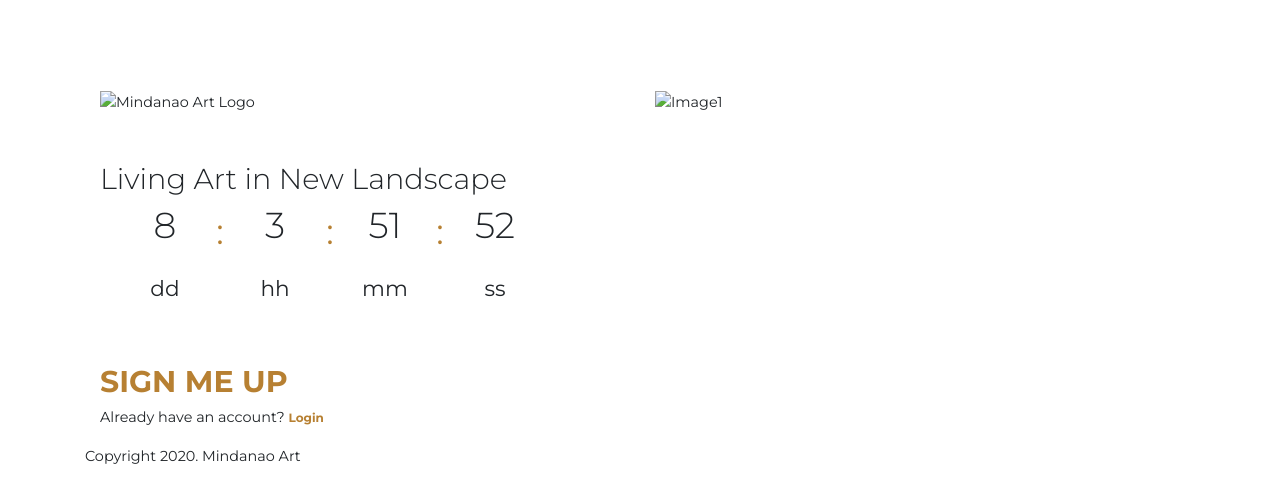
Repository: KleKlai/project-exodus
Page: http://localhost/
The author's editor kept a copy of each file at every save. The page is drawn from the files as they stood at one save, then again after the next save.
The browser window is 1280 px wide. The pictures show the whole page.
The page is served by the project's Laravel application, run on PHP 8.4 with Laravel 8. Other server files are loaded and not shown.

Above is the page before, as saved 2020-10-02 19:05:21.

### app/Model/Art.php
<?php

namespace App\Model;

use Spatie\Activitylog\Traits\LogsActivity;
use Illuminate\Database\Eloquent\SoftDeletes;
use Illuminate\Database\Eloquent\Model;
use Webpatser\Uuid\Uuid;
use Auth;


class Art extends Model
{
    use SoftDeletes, LogsActivity;

    protected $guarded = [
        'uuid', 'id', 'created_at', 'updated_at'
    ];

    /**
     * For Activity Log settings
     *
     */
    protected static $logName = 'Art';
    protected static $logUnguarded = true;
    protected static $submitEmptyLogs = false;
    protected static $recordEvents = ['created', 'updated', 'deleted'];

    public function getDescriptionForEvent(string $eventName): string
    {
        return Auth::user()->name . " {$eventName} art successfully";
    }


    public static function boot()
    {
        parent::boot();
        self::creating(function ($model) {
            $model->uuid = (string) Uuid::generate(4);
        });
    }

    /**
     * Get the route key for the model.
     *
     * @return string
     */
    public function getRouteKeyName()
    {
        return 'uuid';
    }

    protected $casts = [
        'tag' => 'array'
    ];

    public function user()
    {
        return $this->belongsTo('App\User');
    }

    public function watch()
    {
        return $this->hasMany('App\Model\Art\Watch');
    }
}

### app/Model/Art/Category.php
<?php

namespace App\Model\Art;

use Illuminate\Database\Eloquent\Model;
use Spatie\Activitylog\Traits\LogsActivity;

class Category extends Model
{
    use LogsActivity;

    protected $fillable = ['name', 'description'];

    /**
     * For Activity Log settings
     *
     */
    protected static $logName = 'System';
    protected static $logUnguarded = true;
    protected static $submitEmptyLogs = false;
    protected static $recordEvents = ['created', 'updated', 'deleted'];

    public function getDescriptionForEvent(string $eventName): string
    {
        return "Art category component {$eventName} successfully";
    }
}

### app/Model/Art/Material.php
<?php

namespace App\Model\Art;

use Illuminate\Database\Eloquent\Model;
use Spatie\Activitylog\Traits\LogsActivity;

class Material extends Model
{
    use LogsActivity;

    protected $fillable = ['name', 'description'];

    /**
     * For Activity Log settings
     *
     */
    protected static $logName = 'System';
    protected static $submitEmptyLogs = false;
    protected static $recordEvents = ['created', 'deleted'];

    public function getDescriptionForEvent(string $eventName): string
    {
        return "Art material component {$eventName} successfully";
    }
}

### app/Model/Art/Medium.php
<?php

namespace App\Model\Art;

use Illuminate\Database\Eloquent\Model;
use Spatie\Activitylog\Traits\LogsActivity;

class Medium extends Model
{
    use LogsActivity;

    protected $fillable = ['name', 'description'];

    /**
     * For Activity Log settings
     *
     */
    protected static $logName = 'System';
    protected static $submitEmptyLogs = false;
    protected static $recordEvents = ['created', 'deleted'];

    public function getDescriptionForEvent(string $eventName): string
    {
        return "Art medium component {$eventName} successfully";
    }
}

### app/Observers/Art/MediumObserver.php
<?php

namespace App\Observers\Art;

use App\Model\Art\Medium;
use Auth;

class MediumObserver
{
    /**
     * Handle the medium "created" event.
     *
     * @param  \App\Model\Art\Medium  $medium
     * @return void
     */
    public function created(Medium $medium)
    {
        activity('Art Component')
            ->causedBy(Auth::user()->id)
            ->withProperties(['name' => $medium->name])
            ->log('Art medium component created successfully.');
    }

    /**
     * Handle the medium "updated" event.
     *
     * @param  \App\Model\Art\Medium  $medium
     * @return void
     */
    public function updated(Medium $medium)
    {
        //
    }

    /**
     * Handle the medium "deleted" event.
     *
     * @param  \App\Model\Art\Medium  $medium
     * @return void
     */
    public function deleted(Medium $medium)
    {
        activity('Art Component')
            ->causedBy(Auth::user()->id)
            ->withProperties(['name' => $medium->name])
            ->log('Art medium component deleted successfully.');
    }

    /**
     * Handle the medium "restored" event.
     *
     * @param  \App\Model\Art\Medium  $medium
     * @return void
     */
    public function restored(Medium $medium)
    {
        //
    }

    /**
     * Handle the medium "force deleted" event.
     *
     * @param  \App\Model\Art\Medium  $medium
     * @return void
     */
    public function forceDeleted(Medium $medium)
    {
        //
    }
}

### app/Model/Art/Size.php
<?php

namespace App\Model\Art;

use Illuminate\Database\Eloquent\Model;
use Spatie\Activitylog\Traits\LogsActivity;

class Size extends Model
{
    use LogsActivity;

    protected $fillable = ['name', 'description'];

    /**
     * For Activity Log settings
     *
     */
    protected static $logName = 'System';
    protected static $submitEmptyLogs = false;
    protected static $recordEvents = ['created', 'deleted'];

    public function getDescriptionForEvent(string $eventName): string
    {
        return "Art size component {$eventName} successfully";
    }
}

### app/Observers/Art/SizeObserver.php
<?php

namespace App\Observers\Art;

use App\Model\Art\Size;
use Auth;

class SizeObserver
{
    /**
     * Handle the size "created" event.
     *
     * @param  \App\Model\Art\Size  $size
     * @return void
     */
    public function created(Size $size)
    {
        activity('Art Component')
            ->causedBy(Auth::user()->id)
            ->withProperties(['name' => $size->name])
            ->log('Art size component created successfully.');
    }

    /**
     * Handle the size "updated" event.
     *
     * @param  \App\Model\Art\Size  $size
     * @return void
     */
    public function updated(Size $size)
    {
        //
    }

    /**
     * Handle the size "deleted" event.
     *
     * @param  \App\Model\Art\Size  $size
     * @return void
     */
    public function deleted(Size $size)
    {
        activity('Art Component')
            ->causedBy(Auth::user()->id)
            ->withProperties(['name' => $size->name])
            ->log('Art size component deleted successfully.');
    }

    /**
     * Handle the size "restored" event.
     *
     * @param  \App\Model\Art\Size  $size
     * @return void
     */
    public function restored(Size $size)
    {
        //
    }

    /**
     * Handle the size "force deleted" event.
     *
     * @param  \App\Model\Art\Size  $size
     * @return void
     */
    public function forceDeleted(Size $size)
    {
        //
    }
}

### app/Model/Art/Style.php
<?php

namespace App\Model\Art;

use Illuminate\Database\Eloquent\Model;
use Spatie\Activitylog\Traits\LogsActivity;

class Style extends Model
{
    use LogsActivity;

    protected $fillable = ['name', 'description'];

    /**
     * For Activity Log settings
     *
     */
    protected static $logName = 'System';
    protected static $submitEmptyLogs = false;
    protected static $recordEvents = ['created', 'deleted'];

    public function getDescriptionForEvent(string $eventName): string
    {
        return "Art style component {$eventName} successfully";
    }
}

### app/Observers/Art/StyleObserver.php
<?php

namespace App\Observers\Art;

use App\Model\Art\Style;
use Auth;

class StyleObserver
{
    /**
     * Handle the style "created" event.
     *
     * @param  \App\Model\Art\Style  $style
     * @return void
     */
    public function created(Style $style)
    {
        activity('Art Component')
            ->causedBy(Auth::user()->id)
            ->withProperties(['name' => $style->name])
            ->log('Art style component created successfully.');
    }

    /**
     * Handle the style "updated" event.
     *
     * @param  \App\Model\Art\Style  $style
     * @return void
     */
    public function updated(Style $style)
    {
        //
    }

    /**
     * Handle the style "deleted" event.
     *
     * @param  \App\Model\Art\Style  $style
     * @return void
     */
    public function deleted(Style $style)
    {
        activity('Art Component')
            ->causedBy(Auth::user()->id)
            ->withProperties(['name' => $style->name])
            ->log('Art style component deleted successfully.');
    }

    /**
     * Handle the style "restored" event.
     *
     * @param  \App\Model\Art\Style  $style
     * @return void
     */
    public function restored(Style $style)
    {
        //
    }

    /**
     * Handle the style "force deleted" event.
     *
     * @param  \App\Model\Art\Style  $style
     * @return void
     */
    public function forceDeleted(Style $style)
    {
        //
    }
}

### app/Model/Art/Subject.php
<?php

namespace App\Model\Art;

use Illuminate\Database\Eloquent\Model;
use Spatie\Activitylog\Traits\LogsActivity;

class Subject extends Model
{
    use LogsActivity;

    protected $fillable = ['name', 'description'];

    /**
     * For Activity Log settings
     *
     */
    protected static $logName = 'System';
    protected static $submitEmptyLogs = false;
    protected static $recordEvents = ['created', 'deleted'];

    public function getDescriptionForEvent(string $eventName): string
    {
        return "Art subject component {$eventName} successfully";
    }
}

### app/Observers/Art/SubjectObserver.php
<?php

namespace App\Observers\Art;

use App\Model\Art\Subject;

use Auth;

class SubjectObserver
{
    /**
     * Handle the subject "created" event.
     *
     * @param  \App\Model\Art\Subject  $subject
     * @return void
     */
    public function created(Subject $subject)
    {
        activity('Art Component')
            ->causedBy(Auth::user()->id)
            ->withProperties(['name' => $subject->name])
            ->log('Art subject component created successfully.');
    }

    /**
     * Handle the subject "updated" event.
     *
     * @param  \App\Model\Art\Subject  $subject
     * @return void
     */
    public function updated(Subject $subject)
    {
        //
    }

    /**
     * Handle the subject "deleted" event.
     *
     * @param  \App\Model\Art\Subject  $subject
     * @return void
     */
    public function deleted(Subject $subject)
    {
        activity('Art Component')
            ->causedBy(Auth::user()->id)
            ->withProperties(['name' => $subject->name])
            ->log('Art subject component deleted successfully.');
    }

    /**
     * Handle the subject "restored" event.
     *
     * @param  \App\Model\Art\Subject  $subject
     * @return void
     */
    public function restored(Subject $subject)
    {
        //
    }

    /**
     * Handle the subject "force deleted" event.
     *
     * @param  \App\Model\Art\Subject  $subject
     * @return void
     */
    public function forceDeleted(Subject $subject)
    {
        //
    }
}

### app/Model/Support/Ticket.php
<?php

namespace App\Model\Support;

use Spatie\Activitylog\Traits\LogsActivity;
use Illuminate\Database\Eloquent\Model;
use Webpatser\Uuid\Uuid;
use Auth;

class Ticket extends Model
{
    use LogsActivity;

    protected $guarded = [
        'id', 'uuid', 'created_at', 'updated_at'
    ];

    /**
     * For Activity Log settings
     *
     */
    protected static $logName = 'Support Ticket';
    protected static $logUnguarded = true;
    protected static $submitEmptyLogs = false;
    protected static $recordEvents = ['created', 'updated', 'deleted'];

    public static function boot()
    {
        parent::boot();
        self::creating(function ($model) {
            $model->uuid = (string) Uuid::generate(4);
        });
    }

    /**
     * Get the route key for the model.
     *
     * @return string
     */
    public function getRouteKeyName()
    {
        return 'uuid';
    }

    public function user()
    {
        return $this->belongsTo('App\User');
    }
}

### resources/views/welcome.blade.php
<!DOCTYPE html>
<html lang="{{ str_replace('_', '-', app()->getLocale()) }}">
    <head>
        <meta charset="utf-8">
        <meta name="viewport" content="width=device-width, initial-scale=1">

        <!-- CSRF Token -->
        <meta name="csrf-token" content="{{ csrf_token() }}">

        <title>{{ config('app.name', 'Laravel') }}</title>

        <!-- App favicon -->
        <link rel="shortcut icon" href="{{ asset('/images/nav.ico') }}">

        <!-- Scripts -->
        <script src="{{ asset('js/app.js') }}" defer></script>

        <!-- Fonts -->
        <link rel="dns-prefetch" href="//fonts.gstatic.com">
        <link href="https://fonts.googleapis.com/css?family=Nunito" rel="stylesheet">
        <link href="https://fonts.googleapis.com/css?family=Montserrat:200,300,400,600,700,800,900&display=swap" rel="stylesheet">

        <!-- Styles -->
        <link href="{{ asset('css/app.css') }}" rel="stylesheet">

        <style>
            * {
                font-family: 'Montserrat';
            }

            body {
                background-color: white;
            }

            #pattern {
                margin-top: 17px;
                width: 100%;
                background: url('/images/spattern.png');
                background-repeat: repeat;
                background-size: 34px 27px;
            }

            .picture {
                width: 100%;
            }

            .small {
                margin-top: 50px;
                display: none;
            }

            .wide {
                margin-top: 50px;
            }

            .column{
                color: #b78032;
                font-size: 35px;
            }

            #root {
                display: grid;
                justify-items: center;
                grid-template-columns: 100px 10px 100px 10px 100px 10px 100px;
                grid-template-areas:
                    "day column1 hour column2 minute column3 second"
                    "dayl . hourl . minutel . secondl";
            }

            h1, h2 {
                font-weight: 300 !important;
            }

            .days { grid-area: day; font-size: 50px;}
            .hours { grid-area: hour; font-size: 50px;}
            .minutes { grid-area: minute; font-size: 50px;}
            .seconds { grid-area: second; font-size: 50px;}
            .dayl { grid-area: dayl;}
            .hourl { grid-area: hourl;}
            .minutel { grid-area: minutel;}
            .secondl { grid-area: secondl;}

            .link {
                font-size: 30px;
                text-decoration: none;
                color: #b78032;
                font-weight: bold;
            }

            .link:hover{
                text-decoration: none;
                color: #5e4119;
            }


            /* li {
                display: inline-block;
                font-size: 1.5em;
                list-style-type: none;
                padding: 1em;
                text-transform: uppercase;
            }

            li span {
                display: block;
                font-size: 2.5rem;
            } */

            .message {
                font-size: 4rem;
            }

            #content {
                display: none;
                padding: 1rem;
            }

            .emoji {
                padding: 0 .25rem;
            }

            @media all and (max-width: 768px) {
                h1 {
                    font-size: 1.5rem;
                }

                li {
                    font-size: 1.125rem;
                    padding: .75rem;
                }

                li span {
                    font-size: 3.375rem;
                }
            }

            @media (max-width: 992px) {
                #root {
                    display: grid;
                    justify-items: center;
                    grid-template-columns: 30px 10px 30px 10px 30px 10px 30px;
                    grid-template-areas:
                        "day column1 hour column2 minute column3 second"
                        "dayl . hourl . minutel . secondl";
                }

                .days { grid-area: day; font-size: 25px; margin: 0;}
                .hours { grid-area: hour; font-size: 25px; margin: 0;}
                .minutes { grid-area: minute; font-size: 25px; margin: 0;}
                .seconds { grid-area: second; font-size: 25px; margin: 0;}
                .dayl { grid-area: dayl; font-size: 10px; margin: 0;}
                .hourl { grid-area: hourl; font-size: 10px; margin: 0;}
                .minutel { grid-area: minutel; font-size: 10px; margin: 0;}
                .secondl { grid-area: secondl; font-size: 10px; margin: 0;}

                .column{
                    color: #b78032;
                    font-size: 15px;
                    margin: 0;
                }

                .link {
                    font-size: 20px;
                }

                .small {
                    margin-top: 50px;
                    display: block;
                }

                .wide {
                    margin-top: 50px;
                    display: none;
                }

                .footer {
                    margin-top: 50px;
                }
            }
        </style>
    </head>
    <body>
        <div>
            <div id="pattern">
                    <img src="/images/spattern.png" alt="">
            </div>

            <!-- big screen -->
            <div class="container wide">
                <div class="row">
                    <div class="col-md">
                        <div class="container">
                            <div class="row row-cols-1">
                                <div class="col">
                                    <img src="/images/logo.png" alt="Mindanao Art Logo">
                                </div>
                                <div class="col py-5">
                                    <h2>Living Art in New Landscape</h2>

                                    <div class="container">
                                        <div id="countdown">
                                            <div id="root">
                                                <h1 class="day" id="days"></h1> <p class="column">:</p>
                                                <h1 class="hour" id="hours"></h1> <p  class="column">:</p>
                                                <h1 class="minute" id="minutes"></h1> <p class="column">:</p>
                                                <h1 class="second" id="seconds"></h1>
                                                <h4 class="dayl">dd</h4>
                                                <h4 class="hourl">hh</h4>
                                                <h4 class="minutel">mm</h4>
                                                <h4 class="secondl">ss</h4>
                                            </div>
                                        </div>
                                        <div class="message">
                                            <div id="content">
                                            <span class="emoji">🥳</span>
                                            <span class="emoji">🎉</span>
                                            <span class="emoji">🎂</span>
                                            </div>
                                        </div>
                                    </div>
                                </div>
                                <div class="col">
                                    <a class="link" href="/register">
                                        SIGN ME UP
                                        <font-awesome-icon icon="angle-right" />
                                        <font-awesome-icon icon="angle-right" />
                                        <font-awesome-icon icon="angle-right" />
                                    </a>
                                    <p>Already have an account? <a class="link" style="font-size: 12px;" href="/login">Login</a></p>
                                    <!-- <p>To get up-to-date news</p> -->
                                </div>
                            </div>
                        </div>
                    </div>
                    <div class="col-md">
                        <img class="picture" src="/images/image1.png" alt="Image1">
                    </div>
                </div>
            </div>

            <!-- small screen -->
            <div class="container small">
                <div class="row">
                    <div class="col-3">
                        <div class="col">
                            <img src="/images/logo.png" alt="Mindanao Art Logo">
                        </div>
                    </div>
                    <div class="col">
                        <div class="container">
                            <div class="row row-cols-1">
                                <div class="col">
                                    <h2>Living Art in New Landscape</h2>

                                    <div class="container">
                                        <div id="countdown">
                                            <div id="root">
                                                <h1 class="day" id="days"></h1> <p class="column">:</p>
                                                <h1 class="hour" id="hours"></h1> <p  class="column">:</p>
                                                <h1 class="minute" id="minutes"></h1> <p class="column">:</p>
                                                <h1 class="second" id="seconds"></h1>
                                                <h4 class="dayl">dd</h4>
                                                <h4 class="hourl">hh</h4>
                                                <h4 class="minutel">mm</h4>
                                                <h4 class="secondl">ss</h4>
                                            </div>
                                        </div>
                                        <div class="message">
                                            <div id="content">
                                            <span class="emoji">🥳</span>
                                            <span class="emoji">🎉</span>
                                            <span class="emoji">🎂</span>
                                            </div>
                                        </div>
                                    </div>
                                </div>
                                <div class="col  py-3">
                                    <a class="link" href="/register">
                                        SIGN ME UP
                                        <font-awesome-icon icon="angle-right" />
                                        <font-awesome-icon icon="angle-right" />
                                        <font-awesome-icon icon="angle-right" />
                                    </a>
                                    <p>Already have an account? <a class="link" style="font-size: 12px;" href="/login">Login</a></p>
                                    <p>To get up-to-date news</p>
                                </div>
                                <div class="col">
                                    <img class="picture" src="/images/image1.png" alt="Image1">
                                </div>
                            </div>
                        </div>
                    </div>
                </div>
            </div>

            <div class="container footer">
                <p>Copyright 2020. Mindanao Art</p>
            </div>
        </div>

        <script>
            (function () {
                const second = 1000,
                        minute = second * 60,
                        hour = minute * 60,
                        day = hour * 24,
                        birthday = "Oct 2, 2020 19:06:00";

                let countDown = new Date(birthday).getTime(),
                    x = setInterval(function() {

                        let now = new Date().getTime(),
                            distance = countDown - now;

                        document.getElementById("days").innerText = Math.floor(distance / (day)),
                        document.getElementById("hours").innerText = Math.floor((distance % (day)) / (hour)),
                        document.getElementById("minutes").innerText = Math.floor((distance % (hour)) / (minute)),
                        document.getElementById("seconds").innerText = Math.floor((distance % (minute)) / second);

                        //do something later when date is reached
                        if (distance < 0) {
                        let headline = document.getElementById("headline"),
                            countdown = document.getElementById("countdown"),
                            content = document.getElementById("content");

                        headline.innerText = "It's my birthday!";
                        countdown.style.display = "none";
                        content.style.display = "block";

                        clearInterval(x);
                        }
                        //seconds
                    }, 0)
                }());
        </script>
    </body>
</html>

Loaded but not shown: app/Http/Controllers/Auth/LoginController.php (common file); app/Http/Controllers/Controller.php (common file); app/Http/Controllers/Auth/ConfirmPasswordController.php (common file); public/css/app.css (library); routes/web.php (101 lines, source omitted); app/Observers/ArtObserver.php (91 lines, source omitted); app/Observers/TicketObserver.php (77 lines, source omitted); app/Observers/Art/CategoryObserver.php (70 lines, source omitted); app/Observers/Art/MaterialObserver.php (70 lines, source omitted)

After the next save:
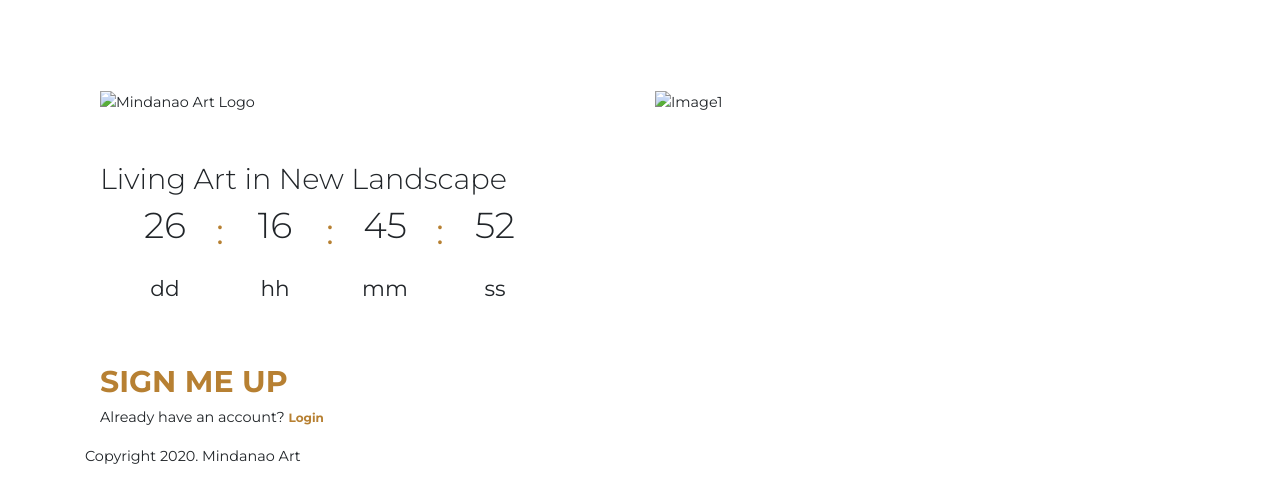
Saved 63 s later.
--- a/resources/views/welcome.blade.php
+++ b/resources/views/welcome.blade.php
@@ -304,7 +304,7 @@
                         minute = second * 60,
                         hour = minute * 60,
                         day = hour * 24,
-                        birthday = "Oct 2, 2020 19:06:00";
+                        birthday = "Oct 21, 2020 08:00:00";
 
                 let countDown = new Date(birthday).getTime(),
                     x = setInterval(function() {
